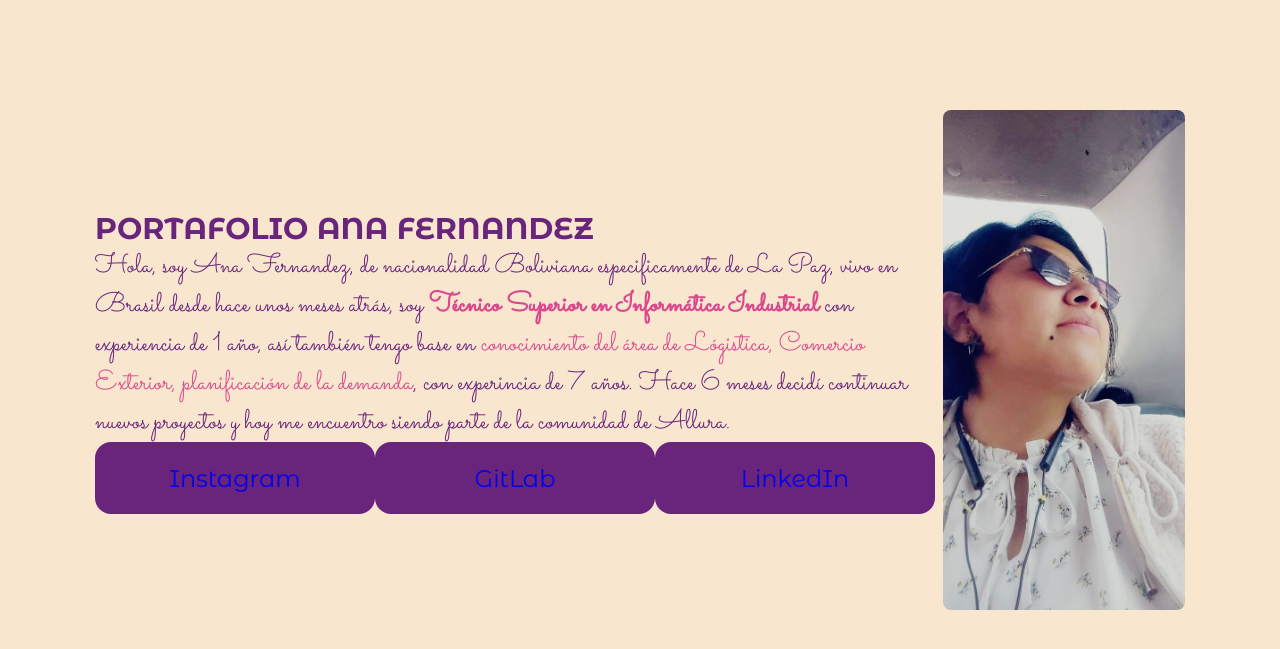
Repository: AnaFzCz/PROYECTOS-HTML---CSS2
Page: Portafolio/index.html
An editor plug-in stored every save of this project. The page is shown before and after the next save, followed by the edit.
The browser window is 1280 px wide. The pictures show the whole page.

Above is the page before, as saved 2025-01-27 05:23:52.

After the next save:
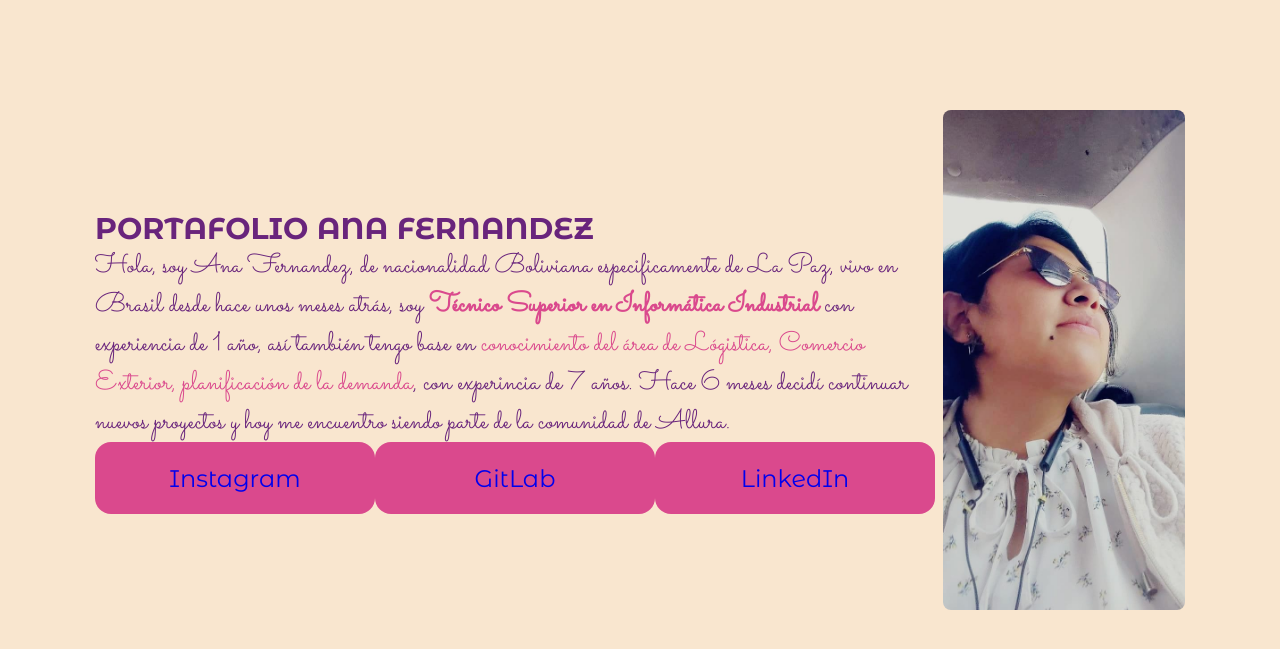
Saved 62 s later.
--- a/Portafolio/style.css
+++ b/Portafolio/style.css
@@ -67,7 +67,7 @@ span {
 }
 
 .presentacion_links_link{
-  background-color:#69247C;
+  background-color:#DA498D;
   width: 280px;
   text-align: center;
   border-radius:16px;
